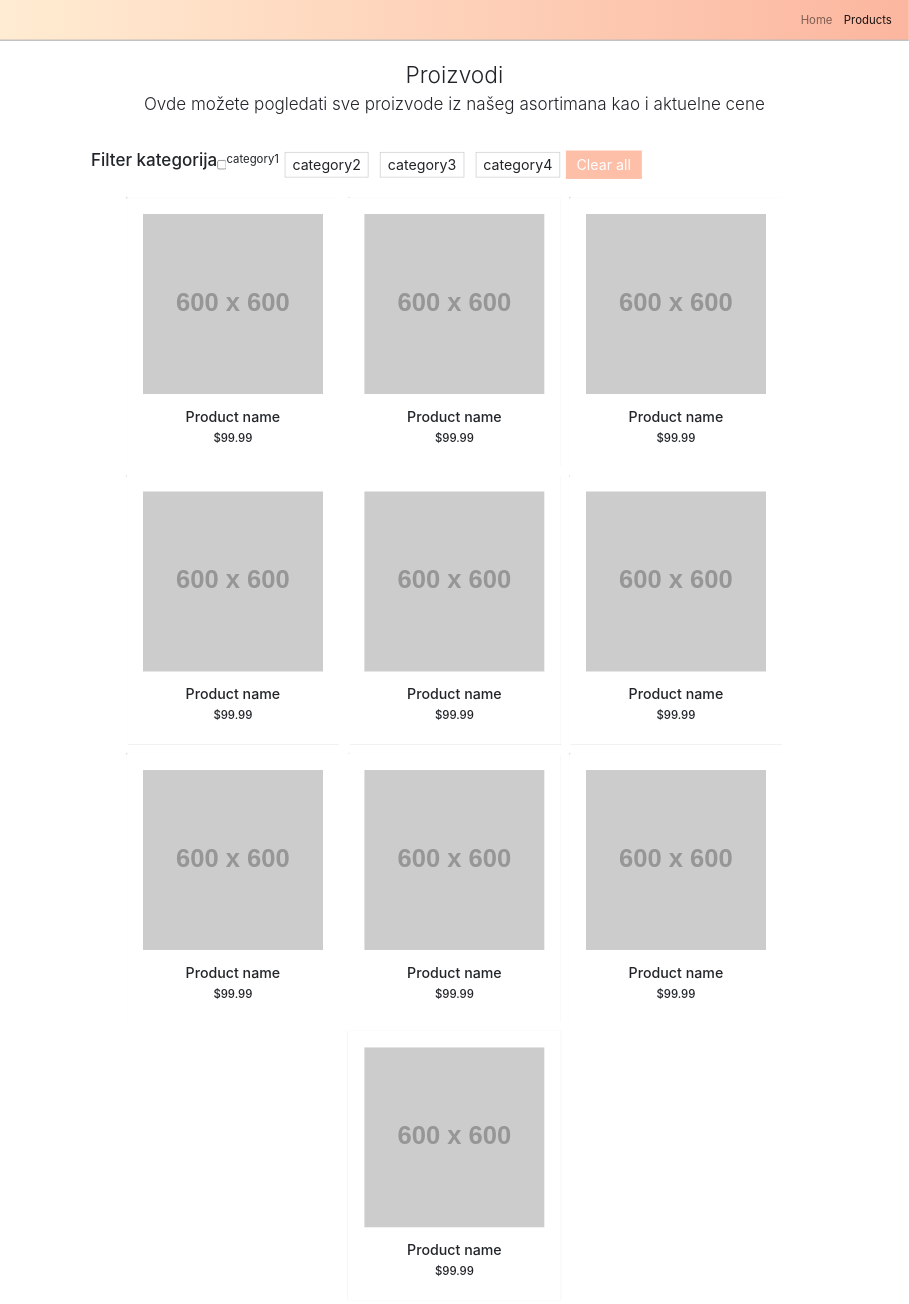
Repository: StevanFilipovic/TemplateForSinglepageWebsite
Page: products.html
These files come from the project's save history. The page is drawn as it stood at one moment and after the next save; the edit follows.
The browser window is 1280 px wide. The pictures show the whole page, at 71% of full size.
Some web libraries are served in a nearby version.

Above is the page before, as saved 2018-06-15 10:59:22.

### products.html
<!doctype html>
<html>
<head>
	<meta charset="utf-8">
	<title>One Page Scroll</title>
	<meta name="title" content="Website by Stevan" />
	<meta name="description" content="Proizvodi"/>
    <link rel="shortcut icon" id="favicon" href="">
    <meta name="viewport" content="initial-scale=1, width=device-width, maximum-scale=1, minimum-scale=1, user-scalable=no">
	<link href='http://fonts.googleapis.com/css?family=Open+Sans:300,400,700' rel='stylesheet' type='text/css'>
	<link href='http://fonts.googleapis.com/css?family=Pacifico:400' rel='stylesheet' type='text/css'>
	<script type="text/javascript" src="http://code.jquery.com/jquery-1.9.1.js"></script>
  <link href='products-page-style.css' rel='stylesheet' type='text/css'>
  <!-- Da bi koristili less potrebno je odkomentarisati donje dve linije i uraditi konverziju css-a i ubaciti u dole navedene fajlove -->
  <!-- <link rel="stylesheet/less" type="text/css" href="onepage-scrool.less" /> -->
  <!-- <link rel="stylesheet/less" type="text/css" href="styles.less" /> -->
  <!-- <script src="less.js" type="text/javascript"></script> -->
  <link rel="stylesheet" href="https://stackpath.bootstrapcdn.com/bootstrap/4.1.1/css/bootstrap.min.css" integrity="sha384-WskhaSGFgHYWDcbwN70/dfYBj47jz9qbsMId/iRN3ewGhXQFZCSftd1LZCfmhktB" crossorigin="anonymous">

<script>
    $(document).ready(function() {
  var $products = $('.grid-products'),
      $filters = $("#filters input[type='checkbox']"),
      product_filter = new ProductFilterLevel1($products, $filters);
  product_filter.init();
});

function ProductFilterLevel1(products, filters) {
  var _this = this;

  this.init = function() {
    this.products = products;
    this.filters = filters;
    this.bindEvents();
  };

  this.bindEvents = function() {
    this.filters.click(this.filterGridProducts);
    $('#none').click(this.removeAllFilters);
  };

  this.filterGridProducts = function() {
    _this.products.hide();
    var selectedFilters = _this.filters.filter(':checked');
    if (selectedFilters.length) {
      var selectedFiltersValues = [];
      selectedFilters.each(function() {
        var currentFilter = $(this);
        selectedFiltersValues.push("[data-" + currentFilter.attr('name') + "='" + currentFilter.val() + "']");
      });
      _this.products.filter(selectedFiltersValues.join(',')).show();
    } else {
      _this.products.show();
    }
  };

  this.removeAllFilters = function() {
    _this.filters.prop('checked', false);
    _this.products.show();
  }
}
</script>

</head>
<body>
        <div class="header">
                <nav class="navbar navbar-expand-lg navbar-light">
                  <!-- <a class="navbar-brand" href="#">Navbar</a> -->
                  <button class="navbar-toggler" type="button" data-toggle="collapse" data-target="#navbarNavDropdown" aria-controls="navbarNavDropdown" aria-expanded="false" aria-label="Toggle navigation">
                    <span class="navbar-toggler-icon"></span>
                  </button>
                  <div class="collapse navbar-collapse justify-content-end" id="navbarNavDropdown">
                    <ul class="navbar-nav">
                      <li class="nav-item ">
                        <a class="nav-link" href="index.html">Home </a>
                      </li>
                      <li class="nav-item active">
                        <a class="nav-link" href="products.html">Products<span class="sr-only">(current)</span></a>
                      </li>
                      </li>
                    </ul>
                  </div>
                </nav>
                </div>
<div class="intro-text">
    <h2>Proizvodi</h2>
    <h4>Ovde možete pogledati sve proizvode iz našeg asortimana kao i aktuelne cene</h4>
</div>
<div id="filters" class="products">
    <div class="filter-wrapper">
      <h4>Filter kategorija</h4>
      <input type="checkbox" name="colour" id="category1" value="category1" ><span class="filters-title">category1</span></input>
      <label class="filter-container"><input type="checkbox" name="colour" id="category2" value="category2"><span class="filters-title">category2</span></input></label>
      <label class="filter-container"><input type="checkbox" name="colour" id="category3" value="category3"><span class="filters-title">category3</span></input></label>
      <label class="filter-container"><input type="checkbox" name="colour" id="category4" value="category4"><span class="filters-title">category4</span></input></label>
    </div>
    <div>
      <input class="button-clear dugme" type="button" id="none" value="Clear all"></input>
    </div>
  </div>

          <section class="products">
                <div class="product-card grid-products" data-colour="category1">
                    <div class="product-image">
                        <img src="http://via.placeholder.com/600x600">
                    </div>
                    <div class="product-info">
                        <h5>Product name</h5>
                        <h6>$99.99</h6>
                    </div>
                </div>

                <div class="product-card grid-products" data-colour="category1">
                    <div class="product-image">
                        <img src="http://via.placeholder.com/600x600">
                    </div>
                    <div class="product-info">
                        <h5>Product name</h5>
                        <h6>$99.99</h6>
                    </div>
                </div>

                <div class="product-card grid-products" data-colour="category2">
                    <div class="product-image">
                        <img src="http://via.placeholder.com/600x600">
                    </div>
                    <div class="product-info">
                        <h5>Product name</h5>
                        <h6>$99.99</h6>
                    </div>
                </div>

                <div class="product-card grid-products" data-colour="category2">
                    <div class="product-image">
                        <img src="http://via.placeholder.com/600x600">
                    </div>
                    <div class="product-info">
                        <h5>Product name</h5>
                        <h6>$99.99</h6>
                    </div>
                </div>

                <div class="product-card grid-products" data-colour="category3">
                    <div class="product-image">
                        <img src="http://via.placeholder.com/600x600">
                    </div>
                    <div class="product-info">
                        <h5>Product name</h5>
                        <h6>$99.99</h6>
                    </div>
                </div>

                <div class="product-card grid-products" data-colour="category3">
                    <div class="product-image">
                        <img src="http://via.placeholder.com/600x600">
                    </div>
                    <div class="product-info">
                        <h5>Product name</h5>
                        <h6>$99.99</h6>
                    </div>
                </div>

                <div class="product-card grid-products" data-colour="category3">
                    <div class="product-image">
                        <img src="http://via.placeholder.com/600x600">
                    </div>
                    <div class="product-info">
                        <h5>Product name</h5>
                        <h6>$99.99</h6>
                    </div>
                </div>

                <div class="product-card grid-products" data-colour="category4">
                    <div class="product-image">
                        <img src="http://via.placeholder.com/600x600">
                    </div>
                    <div class="product-info">
                        <h5>Product name</h5>
                        <h6>$99.99</h6>
                    </div>
                </div>

                <div class="product-card grid-products" data-colour="category4">
                    <div class="product-image">
                        <img src="http://via.placeholder.com/600x600">
                    </div>
                    <div class="product-info">
                        <h5>Product name</h5>
                        <h6>$99.99</h6>
                    </div>
                </div>

                <div class="product-card grid-products" data-colour="category4">
                    <div class="product-image">
                        <img src="http://via.placeholder.com/600x600">
                    </div>
                    <div class="product-info">
                        <h5>Product name</h5>
                        <h6>$99.99</h6>
                    </div>
                </div>

            </section>

</body>
</html>

### products-page-style.css
.header{
    background-image: linear-gradient(to right, #ffecd2 0%, #fcb69f 100%);
    border-bottom: 1px solid gray;
}
.intro-text{
  margin: 30px auto 50px;
}
.intro-text h2, .intro-text h4{
  text-align: center;
    font-weight: 300;
}
.products {
	display: flex;
    flex-wrap: wrap;
    width: 90%;
    margin: auto;
    justify-content: center;
}
#filters{
  margin-bottom: 20px;
  justify-content: start;
  width: 80%;
}

.product-card {
	display: flex;
	flex-direction: column;
    max-width: 300px;
	padding: 2%;
  /* flex: 1 16%; */
  margin: 6px;

	background-color: #FFF;
	box-shadow: 0px 0px 1px 0px rgba(0,0,0,0.25);
}

.product-image img {
	width: 100%;
}

.product-info {
	margin-top: auto;
	padding-top: 20px;
	text-align: center;
}

@media ( max-width: 920px ) {

	/* .product-card {
		flex: 1 21%;
	} */

	/* .products .product-card:first-child,
	.products .product-card:nth-child(2) {
		flex: 2 46%;
	} */

}

@media ( max-width: 600px ) {

	/* .product-card {
		flex: 1 46%;
	} */

}

@media ( max-width: 480px ) {

	h1 {
		margin-bottom: 20px;
	}

	.product-filter {
		flex-direction: column;
	}

	.sort {
		align-self: flex-start;
	}

}


/* Checkmark */

/* Customize the label (the container) */
.filter-container {
    display: block;
    position: relative;
    margin: auto 8px;
    cursor: pointer;
    font-size: 20px;
    -webkit-user-select: none;
    -moz-user-select: none;
    -ms-user-select: none;
    user-select: none;
    border: 1px solid #cccccc;
    padding: 2px 10px;
  }


.filter-category{
  border: 1px solid #cccccc;
  padding: 2px 10px;
  margin: auto 8px;
}

input[type=checkbox] + label {
  color: #ccc;
  font-style: italic;
}
input[type=checkbox]:checked + label {
  background: #f00;
  font-style: normal;
}


  /* Hide the browser's default checkbox */
  .filter-container input {
    position: absolute;
    opacity: 0;
    cursor: pointer;
  }

  /* Create a custom checkbox */
  .checkmark {
    position: absolute;
    top: 0;
    left: 0;
    height: 30px;
    width: 30px;
    background-color: #eee;
    display: none;
  }

  /* On mouse-over, add a grey background color */
  .filter-container:hover input ~ .checkmark {
    background-color: #ccc;
  }

  /* When the checkbox is checked, add a blue background */
  .filter-container input:checked ~ .checkmark {
    background-color: #fdbfa7;
  }

  /* Create the checkmark/indicator (hidden when not checked) */
  .checkmark:after {
    content: "";
    position: absolute;
    display: none;
  }

  /* Show the checkmark when checked */
  .filter-container input:checked ~ .checkmark:after {
    display: block;
  }

  /* Style the checkmark/indicator */
  .filter-container .checkmark:after {
    left: 9px;
    top: 5px;
    width: 10px;
    height: 15px;
    border: solid white;
    border-width: 0 3px 3px 0;
    -webkit-transform: rotate(45deg);
    -ms-transform: rotate(45deg);
    transform: rotate(45deg);
  }

  .filter-wrapper{
      display: contents;
      margin-bottom: 15px;
  }

  .button-clear{
    background: #FDBFA7;
    font-size: 20px;
    color: white;
    border-style: none;
    cursor: pointer;
    padding: 5px 15px;
  }

After the next save:
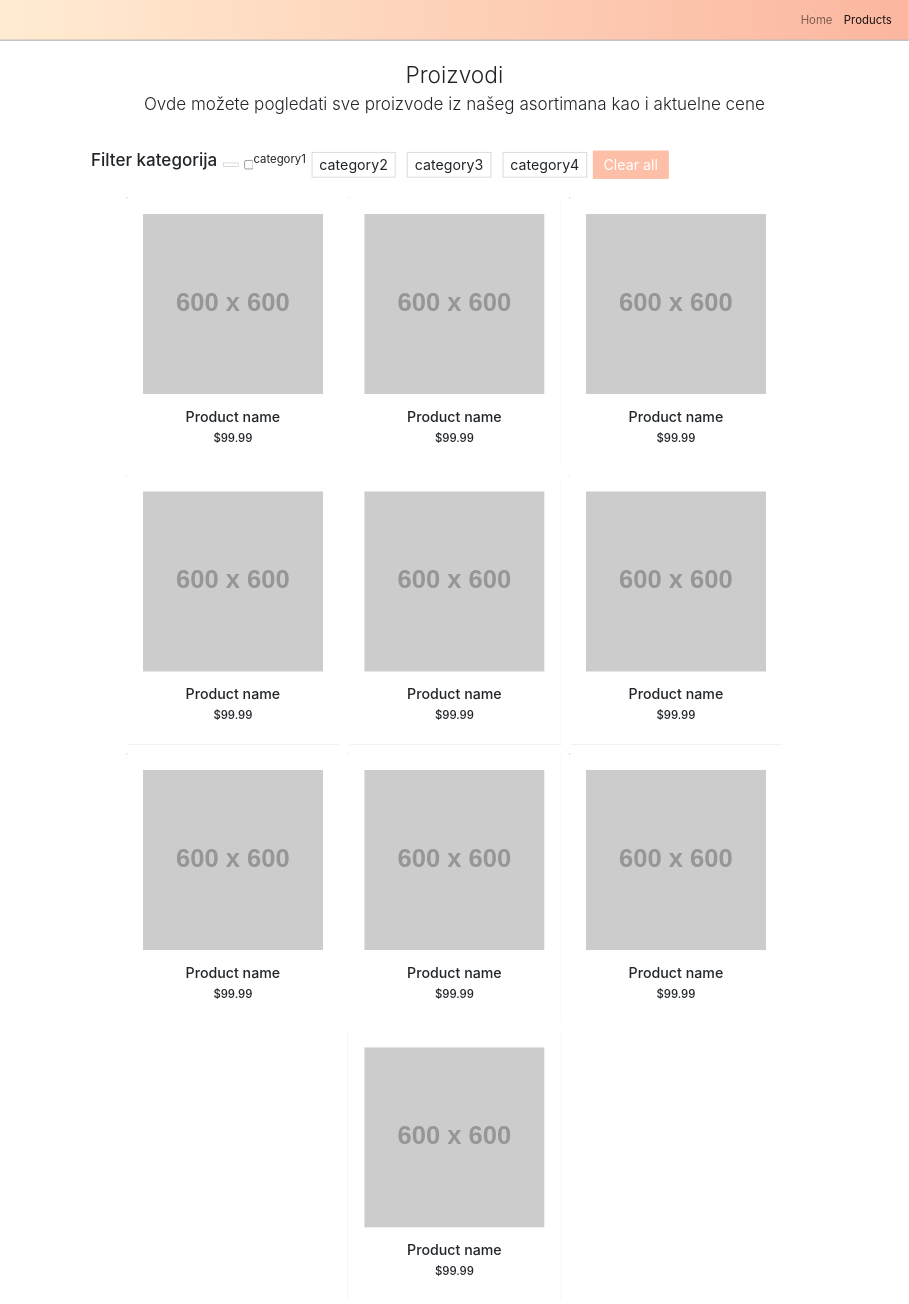
Saved 9 s later.
--- a/products.html
+++ b/products.html
@@ -89,7 +89,7 @@ function ProductFilterLevel1(products, filters) {
 <div id="filters" class="products">
     <div class="filter-wrapper">
       <h4>Filter kategorija</h4>
-      <input type="checkbox" name="colour" id="category1" value="category1" ><span class="filters-title">category1</span></input>
+      <label class="filter-container"></label><input type="checkbox" name="colour" id="category1" value="category1" ><span class="filters-title">category1</span></input></label>
       <label class="filter-container"><input type="checkbox" name="colour" id="category2" value="category2"><span class="filters-title">category2</span></input></label>
       <label class="filter-container"><input type="checkbox" name="colour" id="category3" value="category3"><span class="filters-title">category3</span></input></label>
       <label class="filter-container"><input type="checkbox" name="colour" id="category4" value="category4"><span class="filters-title">category4</span></input></label>
